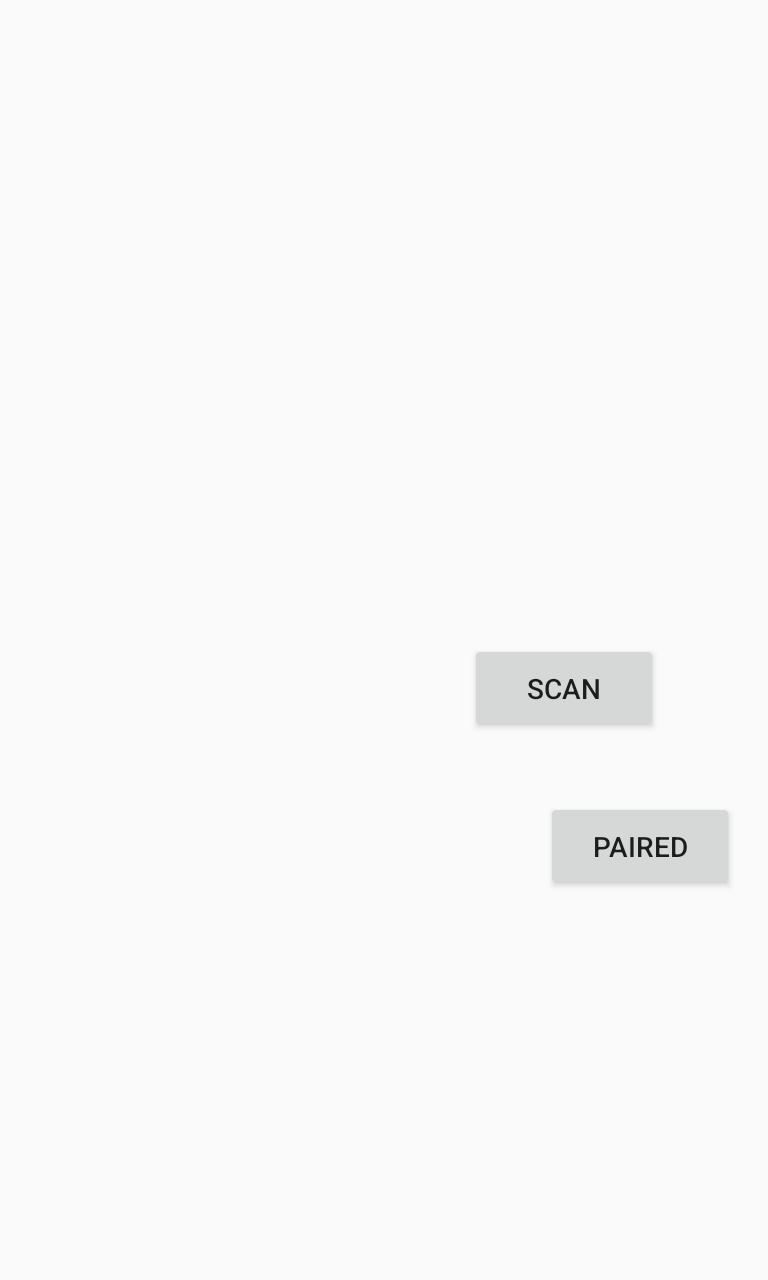
Repository: requiem3/Bluetooth_App
Layout: Bluetooth_App/res/layout/activity_bluetooth__app.xml
These files come from the project's save history. The layout is drawn as it stood at one moment and after the next save; the edit follows.
It is drawn on a 768 x 1280 px phone screen (xhdpi) without system bars, with theme AppTheme; the app's code is not run. Lists and similar views that code fills are empty.

Above is the layout before, as saved 2015-02-09 02:30:15.

### Bluetooth_App/res/layout/activity_bluetooth__app.xml
<RelativeLayout xmlns:android="http://schemas.android.com/apk/res/android"
    xmlns:tools="http://schemas.android.com/tools"
    android:layout_width="match_parent"
    android:layout_height="match_parent"
    android:paddingBottom="@dimen/activity_vertical_margin"
    android:paddingLeft="@dimen/activity_horizontal_margin"
    android:paddingRight="@dimen/activity_horizontal_margin"
    android:paddingTop="@dimen/activity_vertical_margin"
    tools:context="com.example.bluetooth_app.Bluetooth_App" >

    <Button
        android:id="@+id/scanButton"
        android:layout_width="96dp"
        android:layout_height="wrap_content"
        android:layout_alignParentRight="true"
        android:layout_alignTop="@+id/deviceList"
        android:layout_marginRight="38dp"
        android:text="Scan" />

    <ListView
        android:id="@+id/deviceList"
        android:layout_width="200dp"
        android:layout_height="wrap_content"
        android:layout_alignParentLeft="true"
        android:layout_centerVertical="true"
        android:layout_marginLeft="21dp" >
    </ListView>

    <Button
        android:id="@+id/pairedButton"
        android:layout_width="96dp"
        android:layout_height="wrap_content"
        android:layout_alignParentRight="true"
        android:layout_below="@+id/scanButton"
        android:layout_marginTop="31dp"
        android:text="Paired" />

</RelativeLayout>

Loaded but not shown: Bluetooth_App/res/values/styles.xml (common file); Bluetooth_App/res/values-v11/styles.xml (common file); Bluetooth_App/res/values-v14/styles.xml (common file); Bluetooth_App/res/values/dimens.xml (common file); Bluetooth_App/res/values-w820dp/dimens.xml (common file)

After the next save:
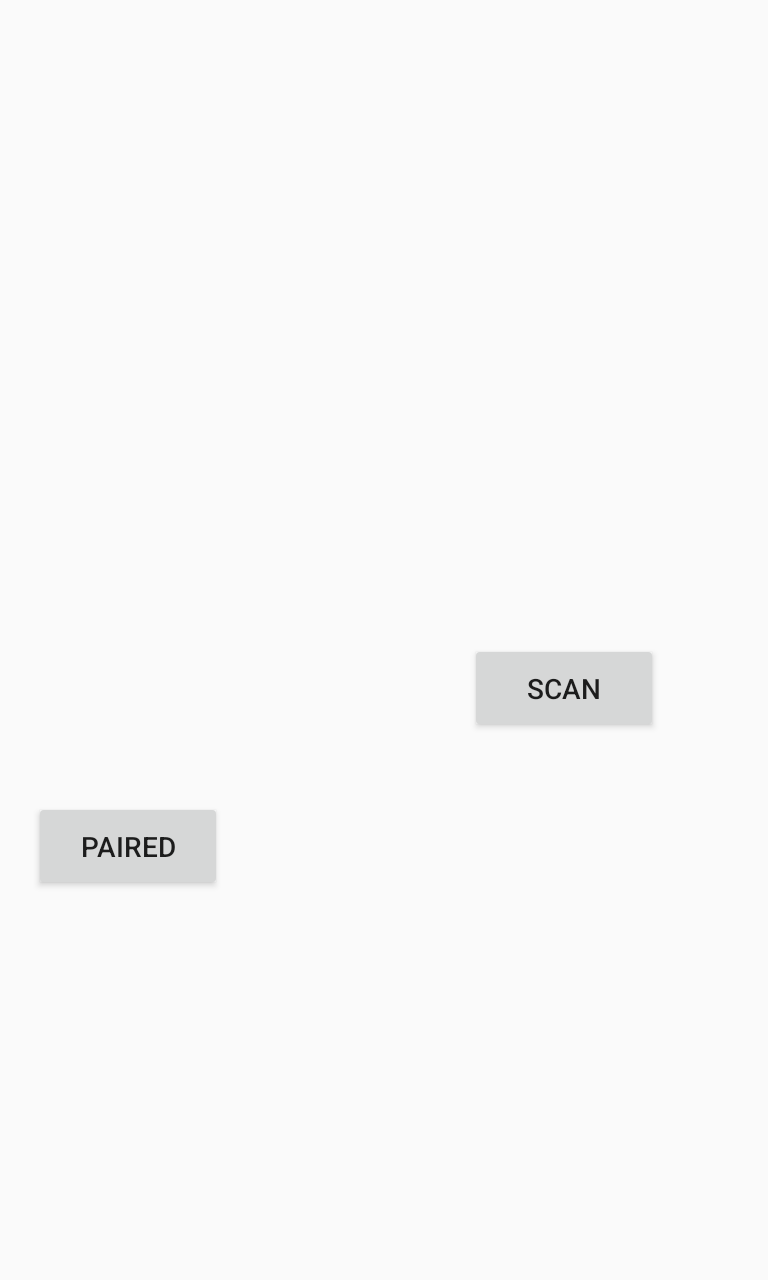
Saved 30 s later.
--- a/Bluetooth_App/res/layout/activity_bluetooth__app.xml
+++ b/Bluetooth_App/res/layout/activity_bluetooth__app.xml
@@ -30,7 +30,7 @@
         android:id="@+id/pairedButton"
         android:layout_width="96dp"
         android:layout_height="wrap_content"
-        android:layout_alignParentRight="true"
+        android:layout_alignParentRight="@+id/scanButton"
         android:layout_below="@+id/scanButton"
         android:layout_marginTop="31dp"
         android:text="Paired" />
